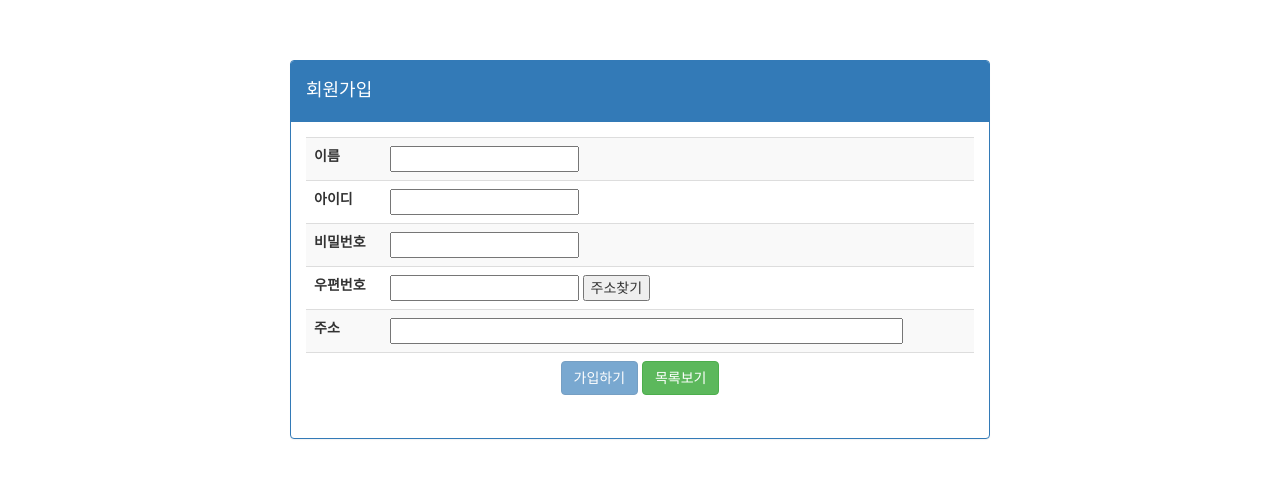
Repository: simDev1234/WebStudy
Page: http://localhost/2022_0607_PhotoGallery/member/insert_form.do
The author's editor kept a copy of each file at every save. The page is drawn from the files as they stood at one save, then again after a run of saves.
The browser window is 1280 px wide. The pictures show the whole page.
The page is served by Tomcat 9.

Above is the page before, as saved 2022-06-08 02:08:18.

After the next 2 saves:
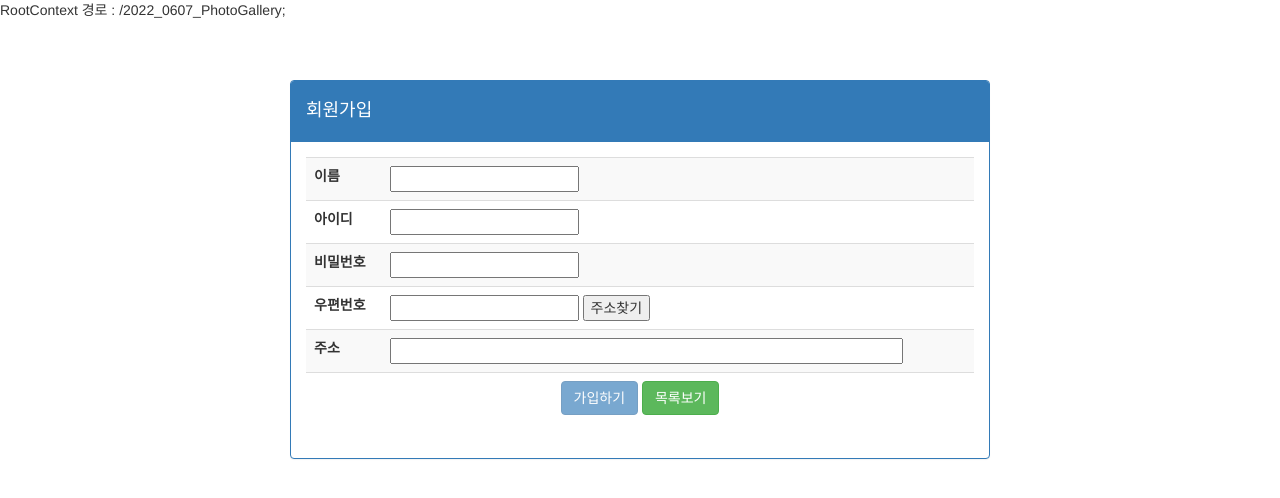
The 2 saves are shown as one change because 1 did not build or start.
The last was saved 5 min 21 s later.
--- a/_01_상반기_WebStudy/2022_0607_PhotoGallery/src/main/webapp/member/member_insert_form.jsp
+++ b/_01_상반기_WebStudy/2022_0607_PhotoGallery/src/main/webapp/member/member_insert_form.jsp
@@ -143,6 +143,7 @@
 </script>
 </head>
 <body>
+RootContext 경로 : ${ pageContext.request.contextPath };
    <form>
       <div id = "box">
          <div class="panel panel-primary">
